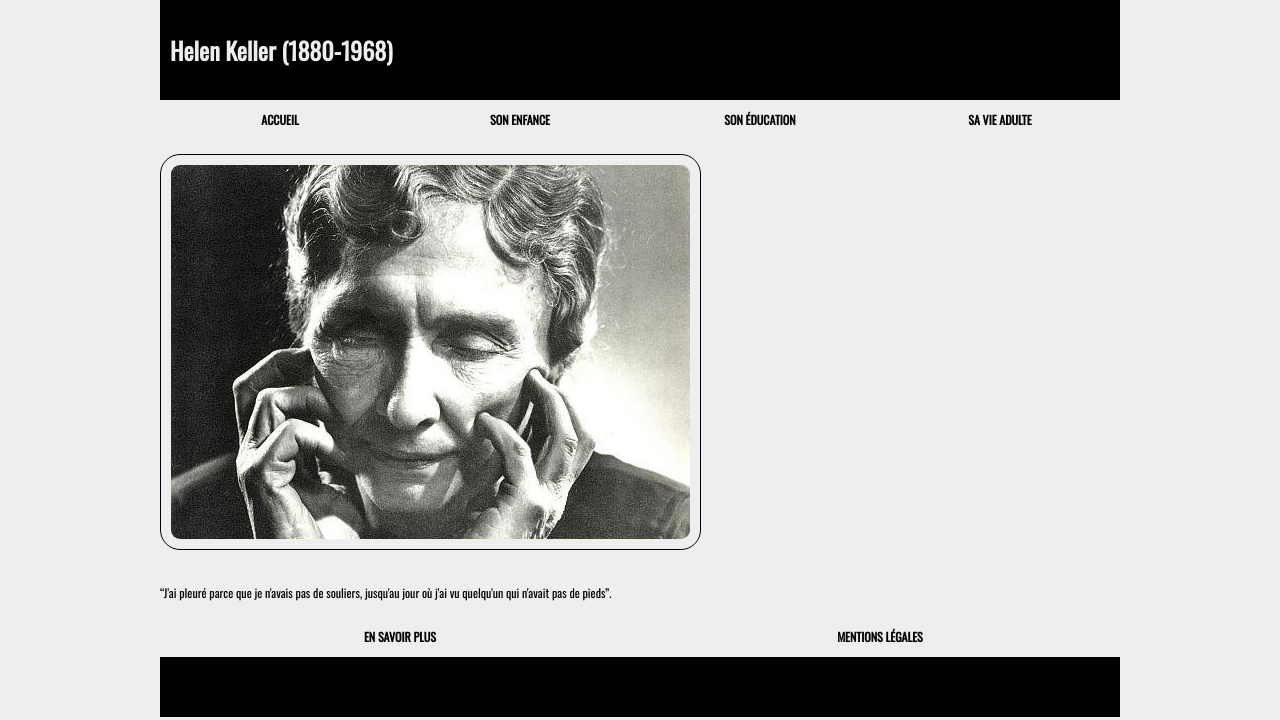
Repository: Luc010/Exercices
Page: HTML CSS/biographie_helen_keller/index.html
These files come from the project's save history. The page is drawn as it stood at one moment and after a run of saves; the edit follows.
The browser window is 1280 px wide. The pictures show the whole page.

Above is the page before, as saved 2019-09-04 16:34:57.

### HTML CSS/biographie_helen_keller/index.html
<!DOCTYPE html>
<html lang="fr">
<head>
    <title>Biographie Helen Keller - Accueil</title>
    <meta charset="UTF-8">
    <meta name="viewport" content="width=device-width, initial-scale=1.0">
    <meta http-equiv="X-UA-Compatible" content="ie=edge">
    <link href="style.css" rel="stylesheet">
</head>
<body>
    <header>
        <div class="container">
            <h1>Helen Keller (1880-1968)</h1>
        </div>
    </header>
    <nav>
        <ul>
            <li><a href="index.html">Accueil</a></li>
            <li><a href="enfance.html">Son enfance</a></li>
            <li><a href="education.html">Son éducation</a></li>
            <li><a href="adulte.html">Sa vie adulte</a></li>
        </ul>
    </nav>
    <main>
        <div class="container">
            <p><img src="img/hk.jpg" alt="helen Keller portrait"></p>
            <p>“J'ai pleuré parce que je n'avais pas de souliers, jusqu'au jour où j'ai vu quelqu'un qui n'avait pas de
                pieds”.
            </p>
        </div>
    </main>
    <footer>
        <div class="container">
            <!-- ul>li*5>a{lien$} -->
            <ul>
                <li><a href="savoirplus.html">En savoir plus</a></li>
                <li><a href="mentions.html">Mentions légales</a></li>
            </ul>
        </div>
    </footer>
</body>
</html>

### HTML CSS/biographie_helen_keller/style.css
@import url('https://fonts.googleapis.com/css?family=Oswald&display=swap');
body{
    margin: 0;
    padding: 0;
    background-color: #eee;
    font-size: 12px;
    font-family: 'Oswald',corbel,calibri,sans-serif;
}
header, footer{
    background-color: black;
    width: 960px;
    min-height: 100px;
    line-height: 100px;
    margin-left: auto;
    margin-right: auto;
}
h1{
    color: #eee;
    text-indent: 10px;
    margin: 0;
}
h2{
    color: grey;
    border-bottom: 1px solid black;
    margin: 0;
}
p{
    /* Pourcentage plus simple à gérer, interligne (utilité: bcp de text) */
    line-height:200%;
}
img{
    border: 1px solid black;
    border-radius: 20px;
    padding: 10px;
}
.container {
    display: flex;
    flex-direction: column;
    width: 960px;
    margin-left: auto;
    margin-right: auto;
}
nav {
    min-height: 40px;
    position: sticky;
    top: 0;
    width: 960px;
    margin-left: auto;
    margin-right: auto;
}
ul, li {
    margin: 0;
    padding: 0;
    list-style: none;
}
ul {
    display: flex;
}
li {
    width: 100%;
    margin-bottom: 2px;
    height: 40px;
    font-weight: bold;
    text-transform: uppercase;
}
a {
    color: black;
    text-decoration: none;
    display: block;
    height: 40px;
    line-height: 40px;
    text-align: center;
    background-color: #eee;
}
a:hover {
    color: white;
    background-color: black;
}

After the next 2 saves:
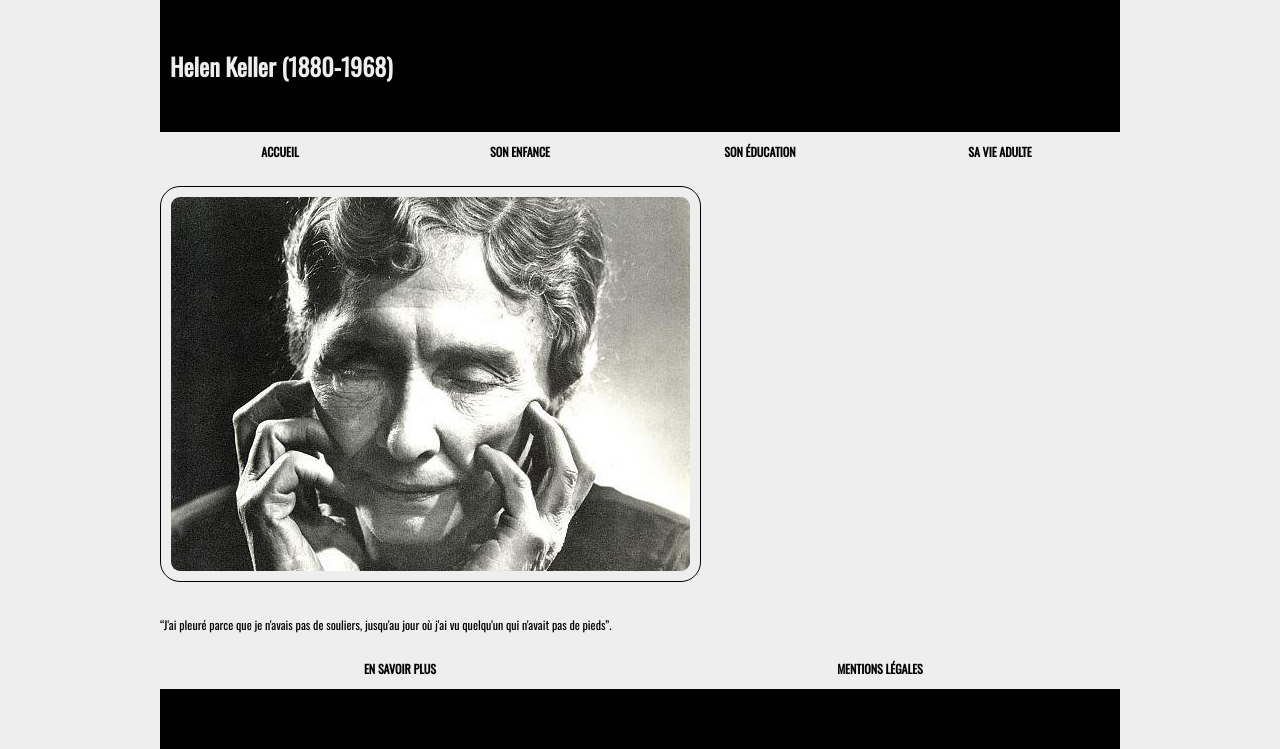
The 2 saves are shown as one change because they came seconds apart.
The last was saved 8 s later.
--- a/HTML CSS/biographie_helen_keller/style.css
+++ b/HTML CSS/biographie_helen_keller/style.css
@@ -17,12 +17,10 @@ header, footer{
 h1{
     color: #eee;
     text-indent: 10px;
-    margin: 0;
 }
 h2{
     color: grey;
     border-bottom: 1px solid black;
-    margin: 0;
 }
 p{
     /* Pourcentage plus simple à gérer, interligne (utilité: bcp de text) */
